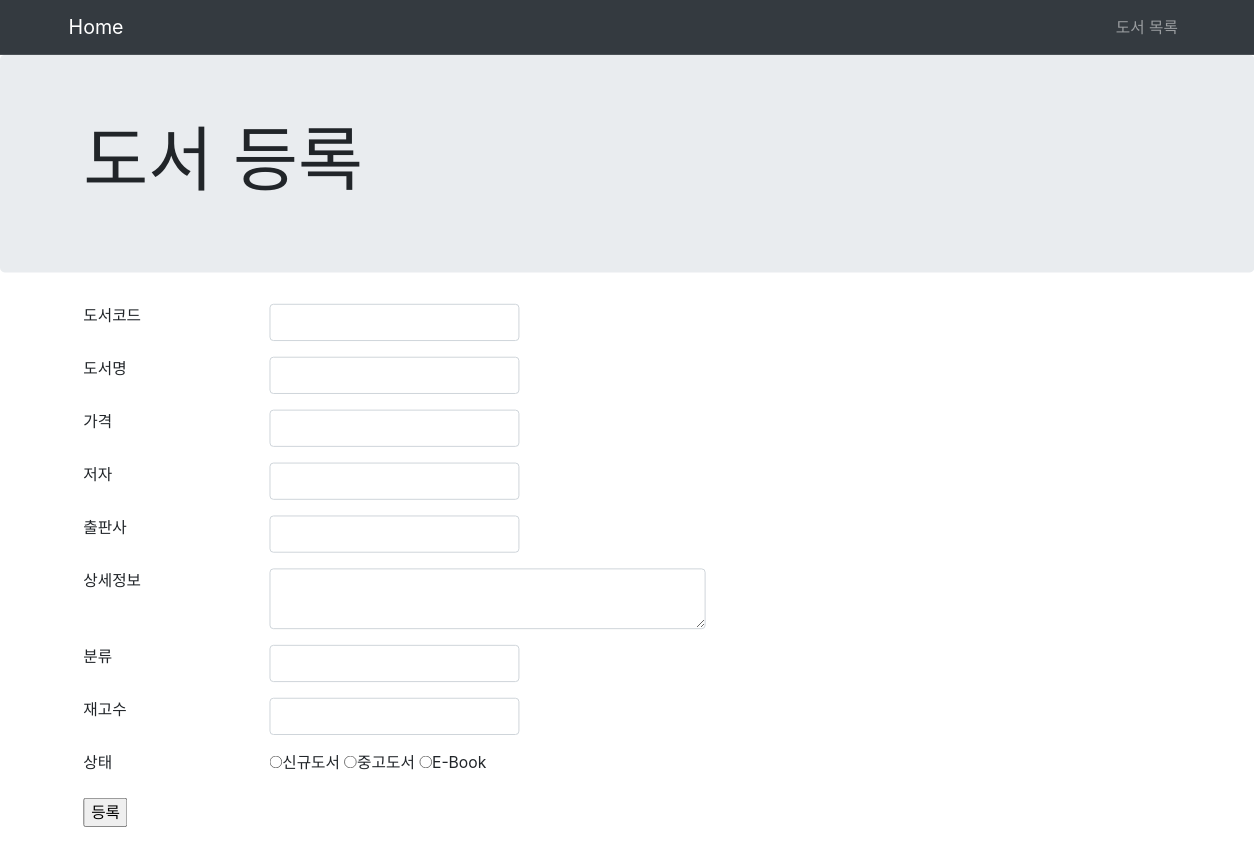
Repository: lhj257/jspwrokspace
Page: http://localhost/BookMarket/addBook.jsp
The author's editor kept a copy of each file at every save. The page is drawn from the files as they stood at one save, then again after the next save.
The browser window is 1280 px wide. The pictures show the whole page, at 98% of full size.
The page is served by Tomcat 9. Other server files are loaded and not shown.

Above is the page before, as saved 2023-08-30 01:31:45.

### BookMarket/src/main/webapp/addBook.jsp
<%@ page language="java" contentType="text/html; charset=UTF-8"
    pageEncoding="UTF-8"%>
<!DOCTYPE html>
<html>
<head>
<link rel="stylesheet"
	href="https://cdn.jsdelivr.net/npm/bootstrap@4.0.0/dist/css/bootstrap.min.css"
	integrity="sha384-Gn5384xqQ1aoWXA+058RXPxPg6fy4IWvTNh0E263XmFcJlSAwiGgFAW/dAiS6JXm"
	crossorigin="anonymous">
<meta charset="UTF-8">
<title>도서 등록</title>
</head>
<body>
	<jsp:include page="menu.jsp"/>
	<div class="jumbotron">
		<div class="container">
			<h1 class="display-3">도서 등록</h1>
		</div>
	</div>
	<div class="container">
		<form name="newProduct" action="./processAddProduct.jsp" class="form-horizontal" method="post" enctype="multipart/form-data">
			<div class="form-group row">
				<label class="col-sm-2">도서코드</label>
				<div class="col-sm-3">
					<input type="text" id="bookId" name="bookId" class="form-control">
				</div>
			</div>
			<div class="form-group row">
				<label class="col-sm-2">도서명</label>
				<div class="col-sm-3">
					<input type="text" id="name" name="name" class="form-control">
				</div>
			</div>
			<div class="form-group row">
				<label class="col-sm-2">가격</label>
				<div class="col-sm-3">
					<input type="text" id="unitPrice" name="unitPrice" class="form-control">
				</div>
			</div>
			<div class="form-group row">
				<label class="col-sm-2">저자</label>
				<div class="col-sm-3">
					<input type="text" name="author" class="form-control">
				</div>
			</div>
			<div class="form-group row">
				<label class="col-sm-2">출판사</label>
				<div class="col-sm-3">
					<input type="text" name="publisher" class="form-control">
				</div>
			</div>
			<div class="form-group row">
				<label class="col-sm-2">상세정보</label>
				<div class="col-sm-5">
					<textarea name="description" cols="50" rows="2" class="form-control"></textarea>
				</div>
			</div>
			<div class="form-group row">
				<label class="col-sm-2">분류</label>
				<div class="col-sm-3">
					<input type="text" name="category" class="form-control">
				</div>
			</div>
			<div class="form-group row">
				<label class="col-sm-2">재고수</label>
				<div class="col-sm-3">
					<input type="text" id="unitsInStock" name="unitsInStock" class="form-control">
				</div>
			</div>
			<div class="form-group row">
				<label class="col-sm-2">상태</label>
				<div class="col-sm-5">
					<input type="radio" name="condition" value="New">신규도서
					<input type="radio" name="condition" value="Old">중고도서
					<input type="radio" name="condition" value="Refurbished">E-Book
				</div>
			</div>
			<!-- <div class="form-group row">
				<label class="col-sm-2"></label>
				<div class="col-sm-5">
					<input type="file" name="productImage" class="form-control">
				</div>
			</div> -->
			<div class="form-group row">
				<div class="col-sm-offset-2 col-sm-10">
					<input type="button" name="btn btn-primary" value="등록" onclick="CheckAddProduct()">
				</div>
			</div>
		</form>
	</div>
</body>
</html>

### BookMarket/src/main/webapp/menu.jsp
<%@ page language="java" contentType="text/html; charset=UTF-8"
   pageEncoding="UTF-8" %>
	<nav class="navbar navbar-expand navbar-dark bg-dark">
		<div class="container">
			<div class="navbar-header">
				<a class="navbar-brand" href="./welcome.jsp">Home</a>
			</div>
			<div>
			<ul class="navbar-nav mr-auto">
				<li class="nav-item"><a class="nav-link" href="./books.jsp">도서 목록</a></li>
			</ul>
		</div>
		</div>
	</nav>

After the next save:
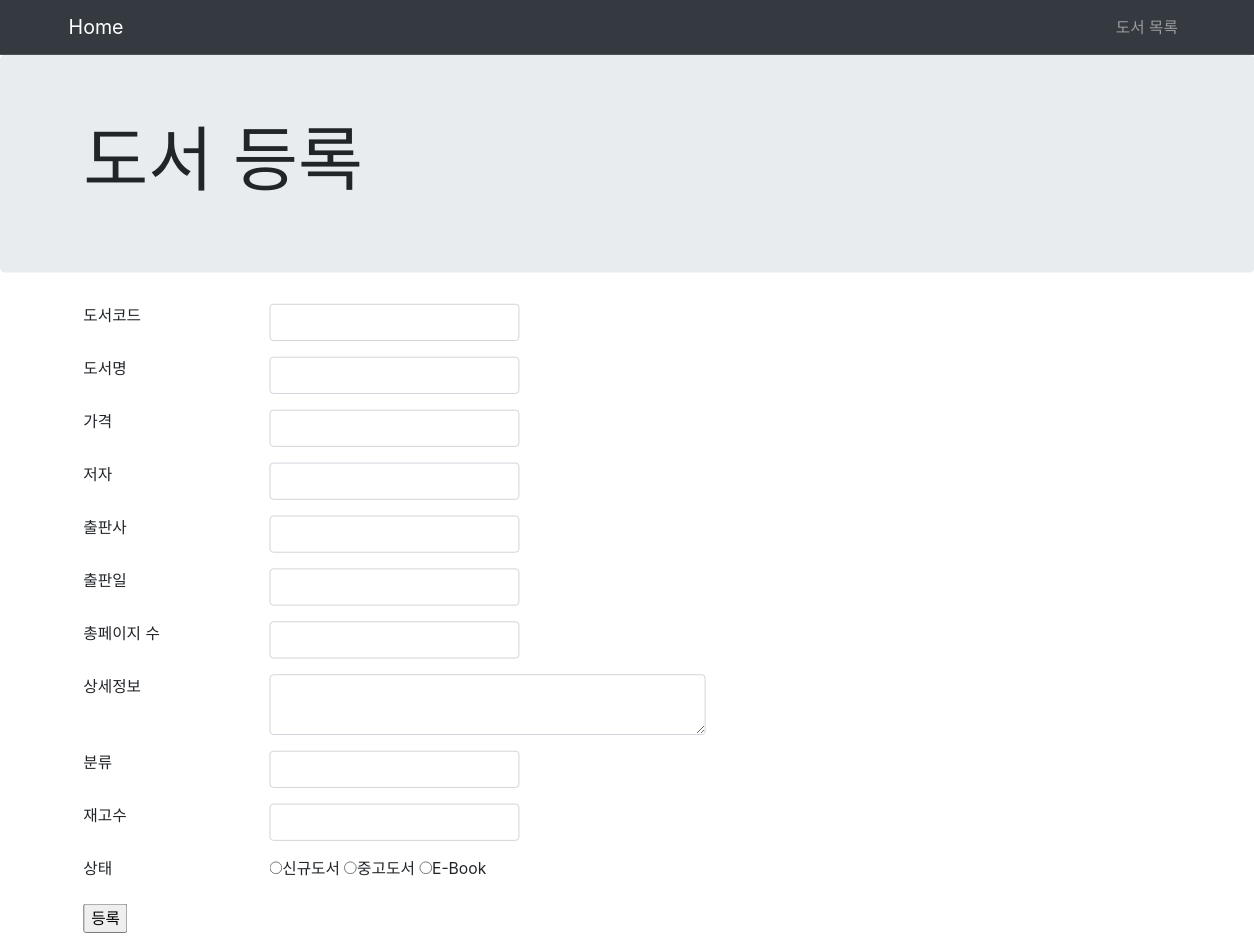
Saved 37 s later.
--- a/BookMarket/src/main/webapp/addBook.jsp
+++ b/BookMarket/src/main/webapp/addBook.jsp
@@ -50,6 +50,18 @@
 				</div>
 			</div>
 			<div class="form-group row">
+				<label class="col-sm-2">출판일</label>
+				<div class="col-sm-3">
+					<input type="text" name="publisher" class="form-control">
+				</div>
+			</div>
+			<div class="form-group row">
+				<label class="col-sm-2">총페이지 수</label>
+				<div class="col-sm-3">
+					<input type="text" name="publisher" class="form-control">
+				</div>
+			</div>
+			<div class="form-group row">
 				<label class="col-sm-2">상세정보</label>
 				<div class="col-sm-5">
 					<textarea name="description" cols="50" rows="2" class="form-control"></textarea>
